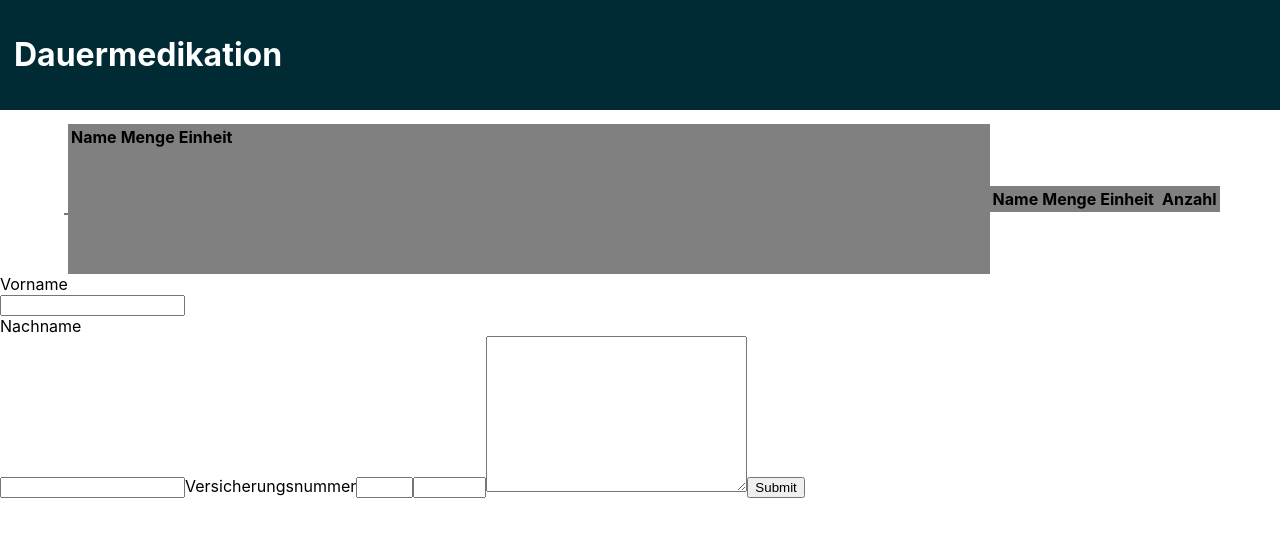
Repository: Esatollah/MedDemo
Page: / (app in client/)
The author's editor kept a copy of each file at every save. The page is drawn from the files as they stood at one save, then again after the next save.
The browser window is 1280 px wide. The pictures show the whole page.
The page's requests for data from a server got no answer. The project was rebuilt for these pictures with package versions that can differ from the ones it lists, and the page was loaded fresh each time. No one was signed in, and anything a server would have sent is missing. Also part of the build but not shown: client/src/App.css, client/src/Routes/Bestellungen.jsx.

Above is the page before, as saved 2022-06-10 10:44:55.

### client/src/App.js
import './App.css';
import SearchBar from './Routes/Search';
import {BrowserRouter, Routes, Route} from 'react-router-dom'
import Bestellungen from './Routes/Bestellungen';
import ReactModal from 'react-modal';

ReactModal.setAppElement('#root')

function App() {
  return (
    <BrowserRouter>
    <Routes>
      <Route path='/' element={<div><SearchBar/></div>}/>
      <Route path='/bestellungen' element={<div><Bestellungen/></div>}/>
    </Routes>
    </BrowserRouter>
  );
}

export default App;

### client/src/Routes/Search.jsx
import React, { useState, useEffect } from 'react'
import DrugAPI from '../api/DrugAPI';
import Form from '../components/Form';
import Navbar from '../components/Navbar';
import { SearchWrap } from '../Styles/SearchStyles';


const Search = () => {

  const [searchinput, setSearchinput] = useState("Metformin");
  const [drugs, setDrugs] = useState([]);
  const [cartitems, setCartitems] = useState([]);

  useEffect(() => {
    const fetchData = async () => {
      try {
        const result = await DrugAPI.get(`/?drugsearch=${searchinput}`)
        setDrugs(result.data.meds)
      } catch (err) {
        console.error(err);
      }
    }

    fetchData();

  }, [searchinput])

  const handleDrugClick = (e, x) => {
    const is_in_cart = cartitems.some(y => {
      if (y.id === x.id) {
        return true;
      }

      return false;
    })

    if (is_in_cart) {
      return
    }
    let temp = { ...x, anzahl: "1" }
    setCartitems([...cartitems, temp]);
  }

  const handleDelete = (e, x, index) => {
    let temp = [...cartitems]

    temp.splice(index, 1);

    setCartitems(temp);
  }

  const handleCountchange = (e, x, index) => {
    let temps = [...cartitems]
    let temp = {
      ...temps[index],
      anzahl: e.target.value
    }
    temps[index] = temp
    setCartitems(temps);

  }


  return (
    <>
      <Navbar />
      <div className='order-container'>
        <SearchWrap>
          <div className='search-container'>

          <input type="search" placeholder="Suche" id="search" value={searchinput} onChange={e => setSearchinput(e.target.value)} />
            <div className='table-container'>
              <table className='drugtable'>
                <thead>
                  <tr>
                    <th scope='col'>
                      Name
                    </th>
                    <th scope='col'>Menge</th>
                    <th scope='col'>Einheit</th>
                    <th scope='col'></th>
                  </tr>
                </thead>
                <tbody>
                  {drugs && drugs.map((x) => {
                    return (
                      <tr key={x.id} className="drug-row" >
                        <td className={x.name}>{x.name}</td>
                        <td>{x.menge}</td>
                        <td>{x.mengenart}</td>
                        <td><button onClick={(e) => { handleDrugClick(e, x) }}>+</ button></td>
                      </tr>
                    )
                  })}
                </tbody>

              </table>
            </div>

            <div className='cart-container'>
              <table>
                <thead>
                  <tr>
                    <th scope='col'>
                      Name
                    </th>
                    <th scope='col'>Menge</th>
                    <th scope='col'>Einheit</th>
                    <th scope='col'></th>
                    <th scope='col'>Anzahl</th>
                  </tr>
                </thead>
                <tbody>
                  {cartitems && cartitems.map((x, index) => {
                    if (x.abgabezahl) {
                      return (
                        <tr key={index} className="drug-row" >
                          <td>{x.name}</td>
                          <td>{x.menge}</td>
                          <td>{x.mengenart}</td>
                          <td><button onClick={(e) => handleDelete(e, x, index)}>-</button></td>
                          <td><select onChange={(e) => { handleCountchange(e, x, index) }}><option value="1">1</option><option value="2">2</option></select></td>
                        </tr>
                      )
                    }
                    return (
                      <tr key={index} className="drug-row" >
                        <td>{x.name}</td>
                        <td>{x.menge}</td>
                        <td>{x.mengenart}</td>
                        <td><button onClick={(e) => handleDelete(e, x, index)}>-</button></td>
                        <td>1</td>
                      </tr>
                    )
                  })}
                </tbody>
              </ table>
            </div>
          </div>
        </SearchWrap>
      </div>

      <Form cartitems={cartitems} setCartitems={setCartitems} />
    </>
  )
}

export default Search

### client/src/api/DrugAPI.js
import axios from 'axios'

export default axios.create({
    baseURL: "http://localhost:5000/api"
})

### client/src/components/Form.jsx
import React, {useState}from 'react'
import DrugAPI from '../api/DrugAPI'

const Form = props => {

    const [fname, setFname] = useState('');
    const [lname, setLname] = useState('');
    const [vpin, setVpin] = useState('');
    const [vbday, setVbday] = useState('');
    const [anmerkungen, setAnmerkungen] = useState('');

    const handleSubmit = (e) => {

        e.preventDefault();
        const formdata = {
            fname,
            lname,
            vpin,
            vbday,
            anmerkungen
        }

        const fetchData = async () =>{
            try {
            await DrugAPI.post("/", {drugs:{...props.cartitems}, ...formdata})
            } catch (error) {
                console.error(error);
            }
    }

    fetchData();

    setFname('');setLname('');setVpin('');setVbday('');setAnmerkungen('');
    props.setCartitems([]);

}


  return (
    <div>
        <form onSubmit={(e) =>handleSubmit(e)}>
            <label htmlFor="fname">Vorname</label><br/>
            <input type="text" value={fname} id="fname" name="fname" onChange={(e)=> setFname(e.target.value)}required/><br/>
            <label htmlFor="lname">Nachname</label><br />
            <input type="text" id="lname" value={lname} onChange={(e) => setLname(e.target.value)}name="lname" required />
            <label htmlFor="pin">Versicherungsnummer</label>
            <input type="text" id="pin" value={vpin} onChange={(e) => setVpin(e.target.value)} name="pin" size="4" minLength="4"maxLength="4" required/>
            <input type="text" id="bday" value={vbday} onChange={(e) => setVbday(e.target.value)} name="bday" size="6" minLength={6} maxLength={6} required/>
            <textarea value={anmerkungen} onChange={(e) => setAnmerkungen(e.target.value)} name="message" rows="10" cols="30" className='textarea'>
            </textarea>
            <input type="submit" value="Submit" ></input><br />
        </form>
    </div>

  )
}

export default Form

### client/src/components/Navbar.jsx
import React from 'react'
import { NavWrap } from '../Styles/NavbarStyles'
const Navbar = () => {
  return (
    <NavWrap>
        <h1>Dauermedikation</h1>
    </NavWrap>
  )
}

export default Navbar

### client/src/Styles/SearchStyles.js
import styled from 'styled-components';

export const SearchWrap = styled.div`

    justify-content: center;
    display: flex;
    flex-direction: column;
    align-items: center;
    align-content: center;
    justify-content: center;

    #search {
    width:80%;
    height: 2rem;
    outline:none;
    border-top: hidden;
    border-right: hidden;
    border-left: hidden;
    font-size: 1rem;
}

.table-container {
    max-height: 200px;
    max-width: 80%;
    min-width:80%;
    overflow-y: auto;
}


.drug-row:hover {
    background-color: beige;
}

.search-container {
    width: 90%;
    min-width: 90%;

    @media(min-width: 800px) {
        display:flex;
        flex-flow: row nowrap;
        align-items: center;
    }
    .table-container {
        width :100%;
        height: 150px;

         @media(min-width: 800px) {
             width: 40%;
             background-color: gray;
         }
    }

    .cart-container {
        width: 100%;
        @media(min-width: 800px) {
             width: 40%;
             background-color: gray;
         }

    }

}

`;

### client/src/Styles/NavbarStyles.js
import styled from "styled-components"

export const NavWrap = styled.div`
    width:100%;
    padding: 14px 0;
    background-color: #002b34;
    margin-bottom: 14px;
    h1 {
        margin-left: 14px;
        color: #fff
    }
`;

Loaded but not shown: client/public/index.html (common file); client/src/index.js (common file); client/src/index.css (common file)

After the next save:
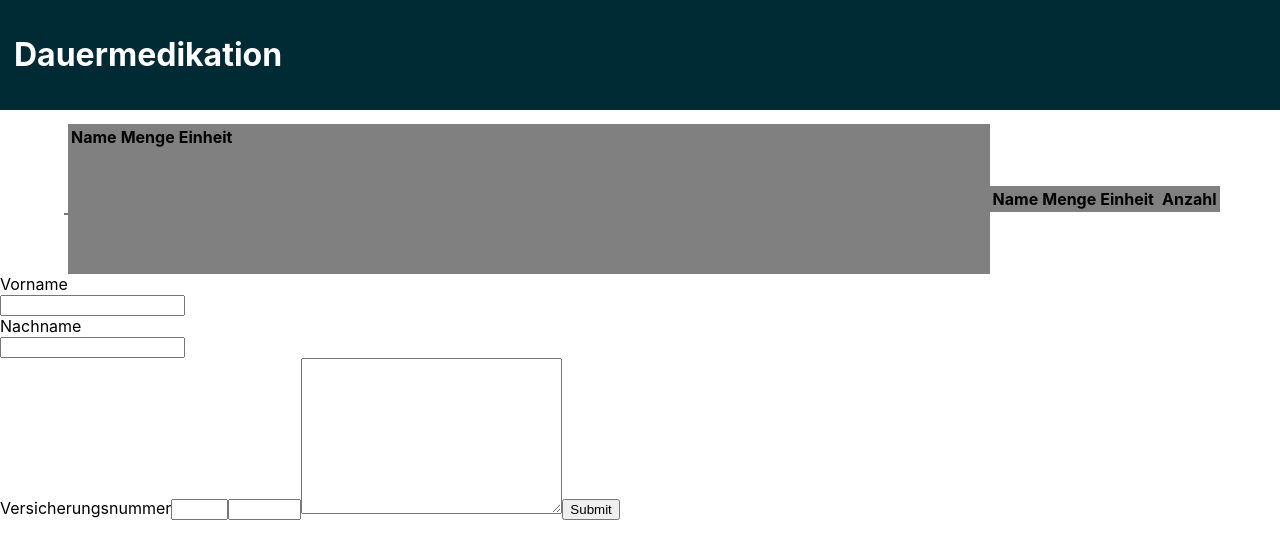
Saved 75 s later.
--- a/client/src/components/Form.jsx
+++ b/client/src/components/Form.jsx
@@ -42,7 +42,7 @@ const Form = props => {
             <label htmlFor="fname">Vorname</label><br/>
             <input type="text" value={fname} id="fname" name="fname" onChange={(e)=> setFname(e.target.value)}required/><br/>
             <label htmlFor="lname">Nachname</label><br />
-            <input type="text" id="lname" value={lname} onChange={(e) => setLname(e.target.value)}name="lname" required />
+            <input type="text" id="lname" value={lname} onChange={(e) => setLname(e.target.value)}name="lname" required /><br/>
             <label htmlFor="pin">Versicherungsnummer</label>
             <input type="text" id="pin" value={vpin} onChange={(e) => setVpin(e.target.value)} name="pin" size="4" minLength="4"maxLength="4" required/>
             <input type="text" id="bday" value={vbday} onChange={(e) => setVbday(e.target.value)} name="bday" size="6" minLength={6} maxLength={6} required/>
